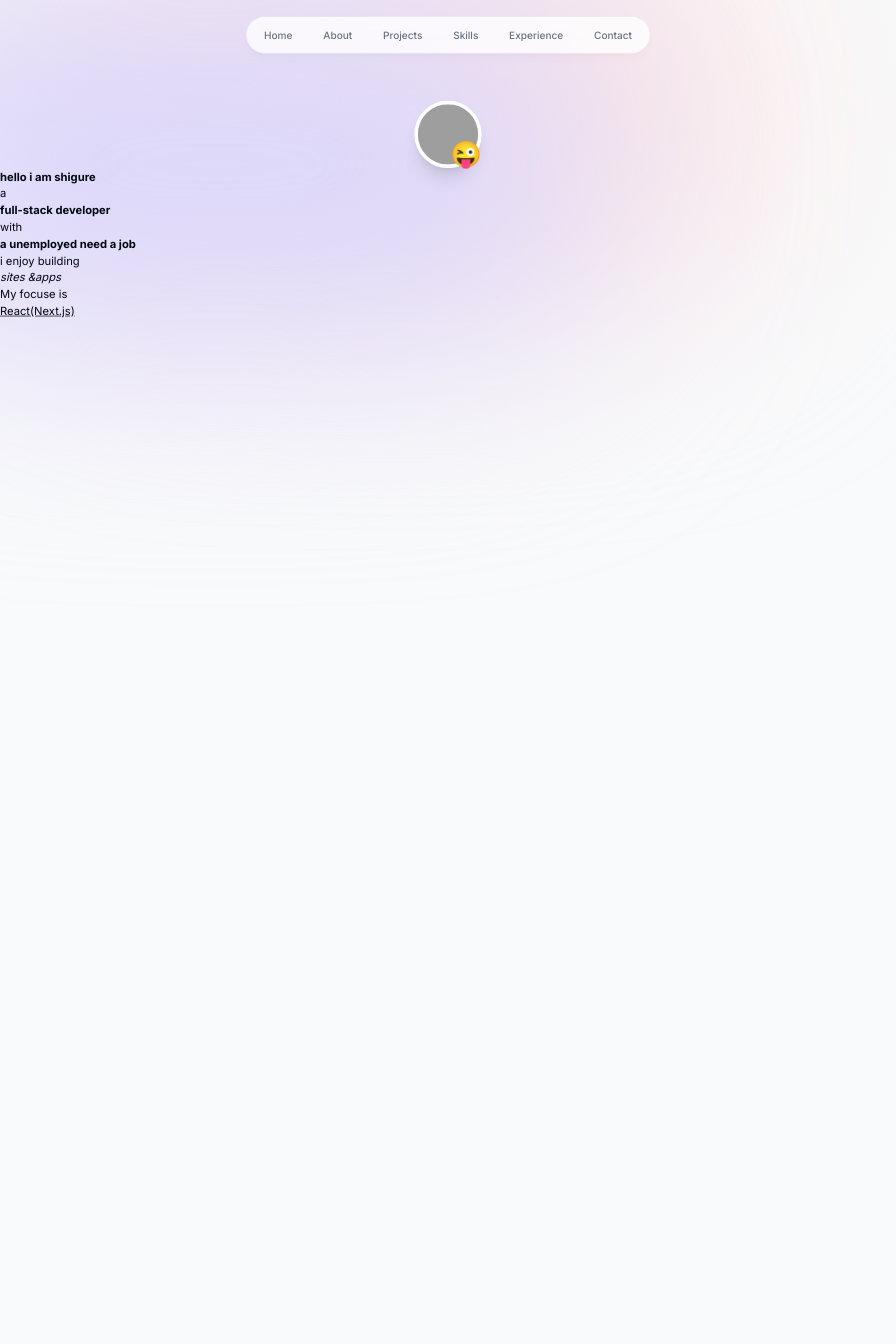
Repository: YUKIKAZE-nanoda/personal-protfolio
Page: /
An editor plug-in stored every save of this project. The page is shown before and after the next save, followed by the edit.
The browser window is 1280 px wide. The pictures show the part of the page from y = 0 to 1920 px (the page is 5000 px tall), at 70% of full size.
Pictures or frames that could not be fetched are drawn as grey boxes. The project was rebuilt for these pictures with package versions that can differ from the ones it lists, and the page was loaded fresh each time. The framework's server and built-in components were replaced by stand-ins that run in the browser. Also part of the build but not shown: next.config.js.

Above is the page before, as saved 2023-09-19 15:39:12.

### app/layout.tsx
import './globals.css'
import type { Metadata } from 'next'
import { Inter } from 'next/font/google'
import Header from '@/components/header'

const inter = Inter({ subsets: ['latin'] })

export const metadata: Metadata = {
  title: 'shigure|个人简历',
  description: '练习ts和nsxtjs',
}

export default function RootLayout({
  children,
}: {
  children: React.ReactNode
}) {
  return (
    <html lang="en">
      <body className={`${inter.className} bg-gray-50 text-gray-950 relative h-[5000px] pt-28 sm:pt-36`}>
        <div className="bg-[#fbe2e3] absolute top-[-6rem] -z-10 right-[11rem] h-[31.25rem] w-[31.25rem] rounded-full blur-[10rem] sm:w-[68.65rem]"></div>
        <div className="bg-[#dbd7fb] absolute top-[-1rem] -z-10 left-[-35rem] h-[31.25rem] w-[50rem] rounded-full blur-[10rem] sm:w-[68.65rem] md:left-[-33rem] lg:left-[-28rem] xl:left-[-15rem] 2xl:left-[-5rem]">

        </div>
        <Header/>

        {children}</body>
    </html>
  )
}

### app/page.tsx
import Intro from '@/components/intro'
import Image from 'next/image'

export default function Home() {
  return (
    <main className="">
      <Intro/>
    </main>
  )
}

### components/header.tsx
'use client'
import React from 'react'
import { motion } from "framer-motion"
import { links } from '@/lib/data'
import Link from 'next/link'
export default function Header() {
    return (
        <header className='z-[999] relative'>
            <motion.div className='fixed top-0 left-1/2  h-[4.5rem] w-full rounded-none
            border border-white border-opacity-40 bg-white  bg-opacity-80 shadow-lg
             shadow-black/[0.03] backdrop-blur-[0.5rem] sm:top-6 sm:h-[3.25rem] sm:w-[36rem] sm:rounded-full'
                initial={{ y: -100, x: "-50%", opacity: 0 }}
                animate={{ y: 0, x: "-50%", opacity: 1 }}
            >

            </motion.div>
            <nav className='flex fixed top-[0.15rem] left-1/2 h-12 -translate-x-1/2 py-2 sm:top-[1.7rem] sm:h-[initial] sm:py-0'>
                <ul className='flex w-[22rem] flex-wrap items-center justify-center  gap-y-1 text-[0.9rem] font-medium  text-gray-500 sm:w-[initial] sm:flex-nowrap sm:gap-5'>
                    {links.map(link => (
                        <motion.li key={link.hash} initial={{ y: -100, opacity: 0 }} animate={{ y: 0, opacity: 1 }} className='h-3/4 flex items-center justify-center ' >
                            <Link className="flex w-full items-center  justify-center px-3 py-3 hover:text-gray-950 transtion" href={link.hash}>
                                {link.name}
                            </Link>
                        </motion.li>
                    ))}
                </ul>
            </nav>
        </header>
    )
}

### components/intro.tsx
'use client'
import { motion } from 'framer-motion'
import Image from 'next/image'
import React from 'react'

export default function Intro() {
  return (
    <section>
      <div className='flex items-center justify-center'>
        <div className='relative'>
          <motion.div initial={{ opacity: 0, scale: 0 }}
            animate={{ opacity: 1, scale: 1 }}
            transition={{ type: "tween", duration: 0.25 }}>
            <Image src="https://unsplash.com/photos/a-plate-of-peanut-butter-and-banana-slices-Mt7cBpvCpF4"
              alt='shigure'
              width="192"
              height="192"
              quality="95"
              priority={true}
              className='h-24 w-24 rounded-full object-cover border-[0.35rem] border-white shadow-xl'
            />
          </motion.div>

          <motion.span className='absolute text-4xl bottom-0 right-0'
            initial={{ opacity: 0, scale: 0 }}
            animate={{ opacity: 1, scale: 1 }}
            transition={{
              type: 'spring',
              stiffness: 125,
              delay: 0.1,
              duration: 0.7
            }}
          >
            😜
          </motion.span>
        </div>
      </div>
      <p className='flex flex-col '>
        <span className='font-bold'>hello i am shigure </span>a {""}
        <span className='font-bold'>full-stack developer</span>with {""}
        <span className='font-bold'>a unemployed need a job</span>i enjoy building<span className='italic'>sites &apps </span>My focuse is {""}
        <span className='underline'>React(Next.js)</span>
      </p>
    </section>
  )
}

Loaded but not shown: app/globals.css (common file); lib/data.ts (common file); tailwind.config.ts (common file)

After the next save:
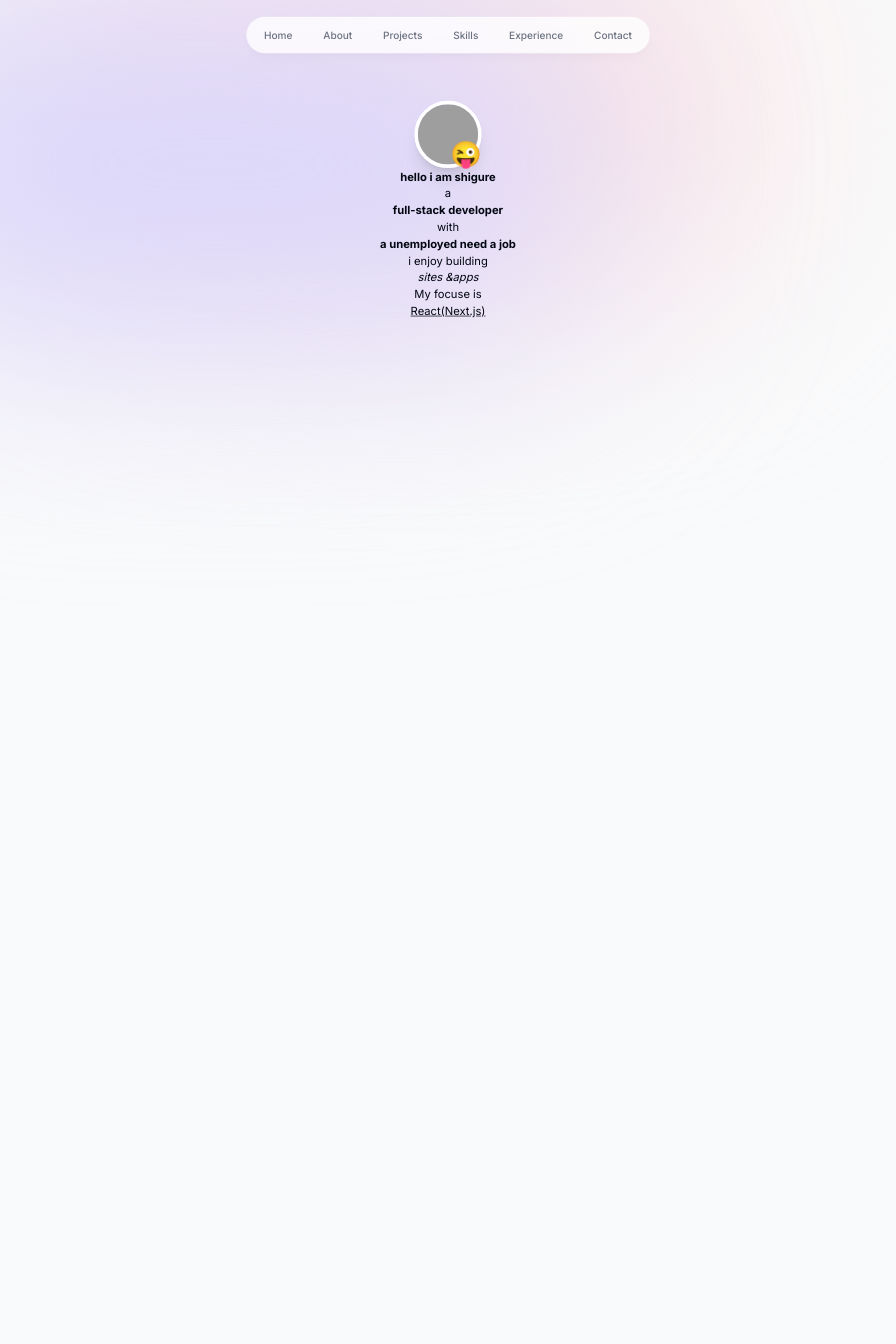
Saved 5 s later.
--- a/components/intro.tsx
+++ b/components/intro.tsx
@@ -35,7 +35,7 @@ export default function Intro() {
           </motion.span>
         </div>
       </div>
-      <p className='flex flex-col '>
+      <p className='flex flex-col items-center'>
         <span className='font-bold'>hello i am shigure </span>a {""}
         <span className='font-bold'>full-stack developer</span>with {""}
         <span className='font-bold'>a unemployed need a job</span>i enjoy building<span className='italic'>sites &apps </span>My focuse is {""}
